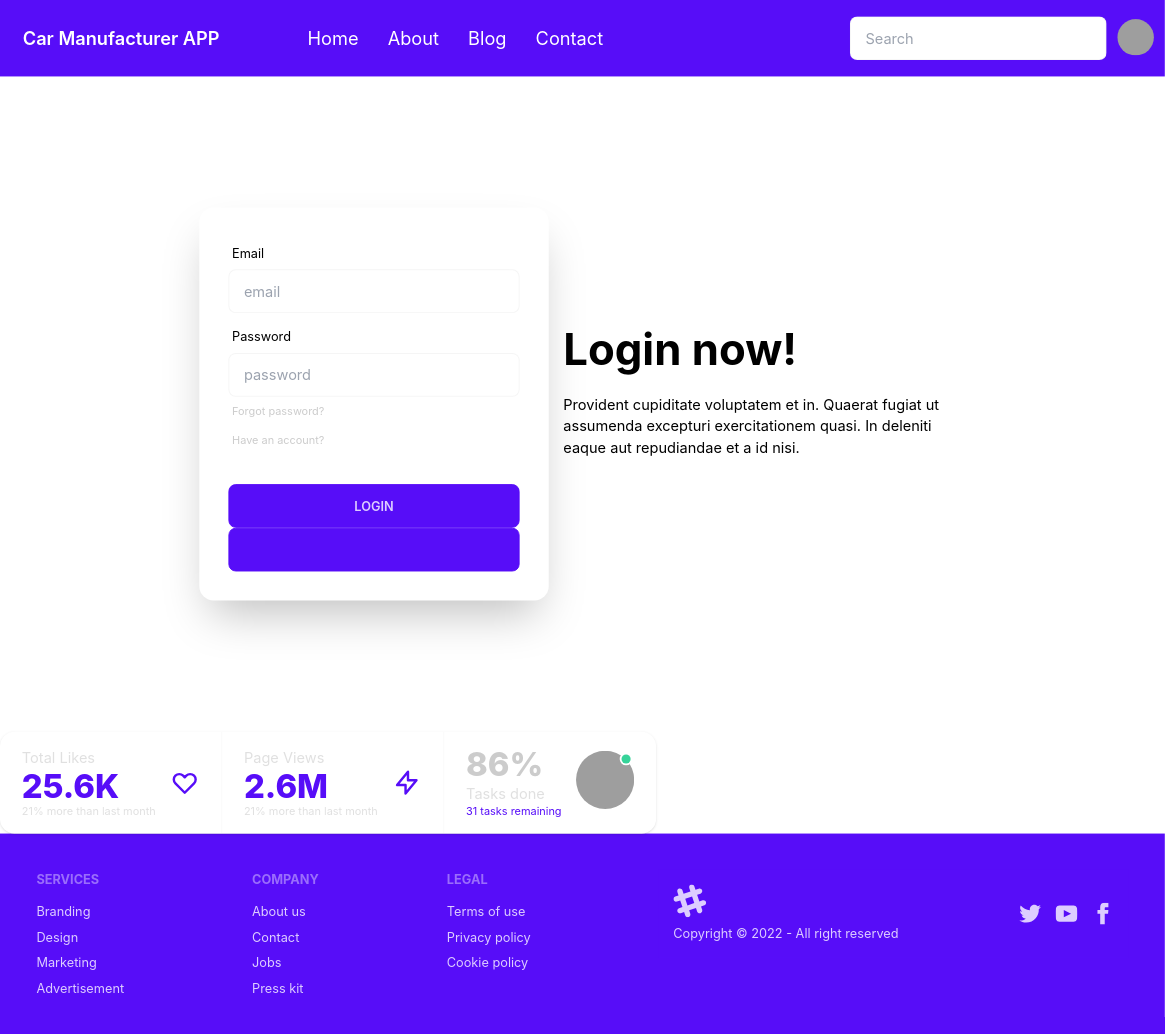
Repository: devsajid/car-manufacturer-app
Page: /login
The author's editor kept a copy of each file at every save. The page is drawn from the files as they stood at one save, then again after the next save.
The browser window is 1280 px wide. The pictures show the whole page, at 91% of full size.
Pictures or frames that could not be fetched are drawn as grey boxes. The project was rebuilt for these pictures with package versions that can differ from the ones it lists, and the page was loaded fresh each time. Also part of the build but not shown: src/App.css, src/Pages/Home/Home.js, src/Pages/About/About.js, src/Pages/Blog/Blog.js, src/Pages/Contact/Contact.js, src/Pages/Register/Register.js.

Above is the page before, as saved 2022-05-22 23:01:10.

After the next save:
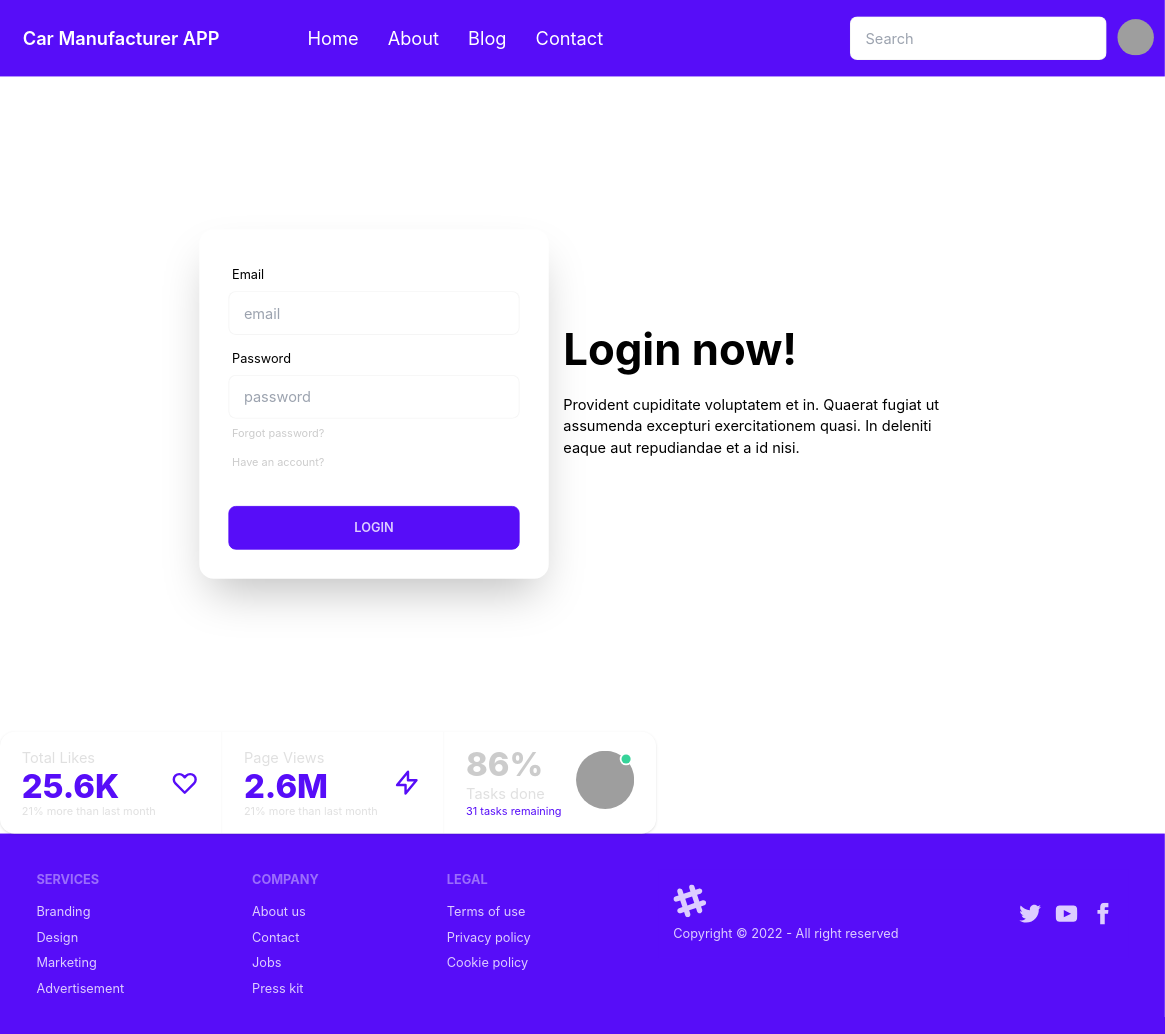
Saved 39 s later.
--- a/src/Pages/Register/Login/Login.js
+++ b/src/Pages/Register/Login/Login.js
@@ -48,7 +48,6 @@ const Login = () => {
               </div>
               <div class="form-control mt-6">
                 <button class="btn btn-primary">Login</button>
-                <button class="btn btn-primary"></button>
               </div>
             </div>
           </div>
